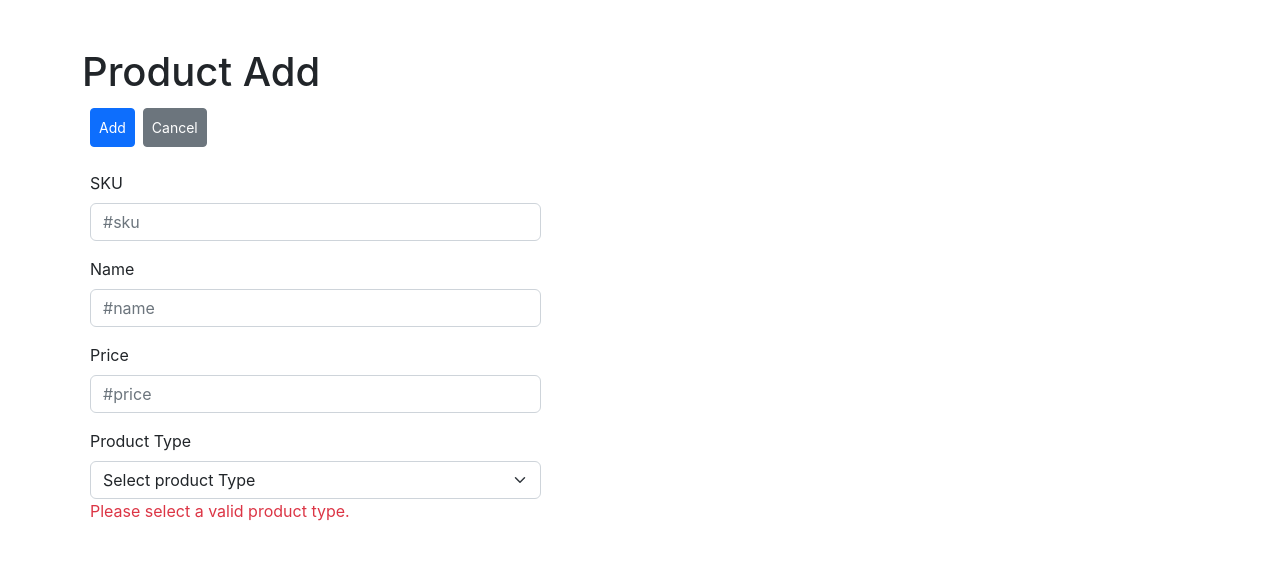
Repository: MagdyAbouelnasr/scandiweb_project
Page: /addproduct
These files come from the project's save history. The page is drawn as it stood at one moment and after the next save; the edit follows.
The browser window is 1280 px wide. The pictures show the whole page.
The project was rebuilt for these pictures with package versions that can differ from the ones it lists, and the page was loaded fresh each time. Also part of the build but not shown: src/App.css, src/components/Product/Product-style.scss, src/components/Product/Product.css, src/components/Pages/ProductList.jsx, src/components/ProductAdd/Book.component.jsx, src/components/ProductAdd/DVD.component.jsx, src/components/ProductAdd/Furniture.component.jsx, src/App.jsx.

Above is the page before, as saved 2023-05-09 01:20:46.

### public/index.html
<!DOCTYPE html>
<html lang="en">
  <head>
    <meta charset="utf-8" />
    <link rel="icon" href="%PUBLIC_URL%/favicon.ico" />
    <meta name="viewport" content="width=device-width, initial-scale=1" />
    <meta name="theme-color" content="#000000" />
    <meta
      name="description"
      content="Web site created using create-react-app"
    />
    <link rel="apple-touch-icon" href="%PUBLIC_URL%/logo192.png" />
    <!--
      manifest.json provides metadata used when your web app is installed on a
      user's mobile device or desktop. See https://developers.google.com/web/fundamentals/web-app-manifest/
    -->
    <link rel="manifest" href="%PUBLIC_URL%/manifest.json" />
    <!--
      Notice the use of %PUBLIC_URL% in the tags above.
      It will be replaced with the URL of the `public` folder during the build.
      Only files inside the `public` folder can be referenced from the HTML.

      Unlike "/favicon.ico" or "favicon.ico", "%PUBLIC_URL%/favicon.ico" will
      work correctly both with client-side routing and a non-root public URL.
      Learn how to configure a non-root public URL by running `npm run build`.
    -->
    <title>React App</title>
    <link
  rel="stylesheet"
  href="https://cdn.jsdelivr.net/npm/bootstrap@5.2.3/dist/css/bootstrap.min.css"
  integrity="sha384-rbsA2VBKQhggwzxH7pPCaAqO46MgnOM80zW1RWuH61DGLwZJEdK2Kadq2F9CUG65"
  crossorigin="anonymous"
/>
  </head>
  <body>
    <noscript>You need to enable JavaScript to run this app.</noscript>
    <div id="root"></div>
    <!--
      This HTML file is a template.
      If you open it directly in the browser, you will see an empty page.

      You can add webfonts, meta tags, or analytics to this file.
      The build step will place the bundled scripts into the <body> tag.

      To begin the development, run `npm start` or `yarn start`.
      To create a production bundle, use `npm run build` or `yarn build`.
    -->
  </body>
</html>

### src/index.js
import React from 'react';
import ReactDOM from 'react-dom/client';
import './index.scss';
import App from './App';
import {
  createBrowserRouter,
  RouterProvider,

} from "react-router-dom";
import ProductAdd from './components/Pages/ProductAdd';


const router = createBrowserRouter([
  {
    path: "/",
    element: <App />,
  },
  {
    path: "addproduct",
    element: <ProductAdd />,
  },
]);

const root = ReactDOM.createRoot(document.getElementById('root'));
root.render(
  <RouterProvider router={router} />
);

### src/index.scss
$background-default: #D5D5D5;


body {
  margin: 0;
  font-family: -apple-system, BlinkMacSystemFont, 'Segoe UI', 'Roboto', 'Oxygen',
    'Ubuntu', 'Cantarell', 'Fira Sans', 'Droid Sans', 'Helvetica Neue',
    sans-serif;
  -webkit-font-smoothing: antialiased;
  -moz-osx-font-smoothing: grayscale;
}

code {
  font-family: source-code-pro, Menlo, Monaco, Consolas, 'Courier New',
    monospace;
}

.fade-in {
  opacity: 0;
  transition: opacity 0.3s ease-in-out;
  &.fade-in-active {
    opacity: 1;
  }
}

### src/components/Pages/ProductAdd.jsx
// import { useNavigate } from 'react-router-dom';
// import { useState } from 'react';
// import Form from 'react-bootstrap/Form';
// import SelectProductType from '../ProductAdd/Selectcmp';
// import Button from 'react-bootstrap/Button';
// import axios from 'axios';

// function ProductAdd() {
//   const navigate = useNavigate();

//   const  [inputs , setInputs] = useState({});

//   const handleChange = (e) => {
//     const name = e.target.name;
//     const value = e.target.value;
//     setInputs(values => ({values, [name]: value}))
//   }
//   const handleSubmit = (e) => {
//     e.preventDefault();
//     axios.post('http://localhost:8000/addproduct', inputs).then((response)=>{
//       console.log(response.data);
//       navigate('/');
//     });

//     // console.log(inputs)
//   }



//   return (
//     <Form id="product_form" onSubmit={handleSubmit}>
//     <div className="container mt-5">
//       <div className="row">
//       <h1 className="page-header text-header col-md-8 text-start ">Product Add</h1>
//       <div className='col-4 float-end'>
//         <Button  type="submit" className='p-2 ms-2' variant="primary" size="sm">
//           Add
//         </Button>
//         <Button onClick={()=> navigate(-1)}  className='p-2 ms-2' variant="secondary" size="sm">
//           Cancel
//         </Button>
//       </div>
//       </div>
//     <br/>
//     <div className="row">

//     <div className="col-md-5 mx-2">
//       <Form.Group className="mb-3 mx-left" id="productInputSKU">
//         <Form.Label>SKU</Form.Label>
//         <Form.Control type="text" name="sku" placeholder="#sku" onChange={handleChange} />
//       </Form.Group>
//       <Form.Group className="mb-3" id="productInputName">
//         <Form.Label>Name</Form.Label>
//         <Form.Control type="text" name="name" placeholder="#name" onChange={handleChange} />
//       </Form.Group>
//       <Form.Group className="mb-3" id="productInputPrice">
//         <Form.Label>Price</Form.Label>
//         <Form.Control type="number" name="price" placeholder="#price" onChange={handleChange} />
//       </Form.Group>
//       <Form.Group className="mb-3" id="ProductType">
//       <Form.Label>Product Type</Form.Label>
//         <SelectProductType/>
//       </Form.Group>
//     </div>
//     </div>
//     </div>
//     </Form>
//   );
// }

// export default ProductAdd;
import { useNavigate } from 'react-router-dom';
import { useState } from 'react';
import Form from 'react-bootstrap/Form';
import SelectProductType from '../ProductAdd/Selectcmp';
import Button from 'react-bootstrap/Button';
import axios from 'axios';

function ProductAdd() {
  const navigate = useNavigate();

  const [inputs, setInputs] = useState({});
  const [errors, setErrors] = useState({});

  const handleChange = (e) => {
    console.log(e.target.value);
    console.log(e.target.name);
    const name = e.target.name;
    const value = e.target.value;

    setInputs((values) => ({ ...values, [name]: value }));
    validate()
    };

    // const handleRecievedData = (e) =>{
    //   const name = e.target.name;
    //   const value = e.target.value;
    //   setInputs((values) => ({ ...values, [name]: value }));
    //   console.log(e.name, e.value);
    // }

  // Form validation function
  const validate = () => {
    let newErrors = {};
    if (!inputs.sku) newErrors.sku = 'SKU is required';
    if (inputs.sku && inputs.sku.length > 9) newErrors.sku = 'SKU must be at most 9 characters';
    if (!inputs.name) newErrors.name = 'Name is required';
    if (inputs.price === undefined || inputs.price === '') newErrors.price = 'Price is required';
    if (inputs.price < 0) newErrors.price = 'Price cannot be negative';
    if (!inputs.product_attribute_value) newErrors.ProductType = 'please select a ProductType and provide a value';
    setErrors(newErrors);
    return Object.keys(newErrors).length === 0;
  };

  const handleSubmit = (e) => {
    e.preventDefault();
    if (validate()) {
      axios.post('http://localhost:8000/addproduct', inputs).then((response) => {
        console.log(response.data);
        navigate('/');
      });
    }
  };

  return (
    <Form id="product_form" onSubmit={handleSubmit}>
      <div className="container  mt-5">
        <div className="row gap-1">
          <h1 className="page-header text-header col-md-8 text-start ">Product Add</h1>
          <div className="col-4 float-end ">
            <Button type="submit" className="p-2 ms-2" variant="primary" size="sm">
              Add
            </Button>
            <Button
              onClick={() => navigate(-1)}
              className="p-2 ms-2"
              variant="secondary"
              size="sm"
            >
              Cancel
            </Button>
          </div>
        </div>
        <br />
        <div className="row">
          <div className="col-md-5 mx-2">
            <Form.Group className="mb-3 mx-left" id="productInputSKU">
              <Form.Label>SKU</Form.Label>
              <Form.Control
                type="text"
                name="sku"
                maxLength="9"
                placeholder="#sku"
                onChange={handleChange}
                required
              />
              {errors.sku && <Form.Text className="text-danger">{errors.sku}</Form.Text>}
            </Form.Group>
            <Form.Group className="mb-3" id="productInputName">
              <Form.Label>Name</Form.Label>
              <Form.Control
                type="text"
                name="name"
                placeholder="#name"
                onChange={handleChange}
                required
              />
              {errors.name && <Form.Text className="text-danger">{errors.name}</Form.Text>}
            </Form.Group>
            <Form.Group className="mb-3" id="productInputPrice">
              <Form.Label>Price</Form.Label>
              <Form.Control
                type="number"
                name="price"
                step="0.01"
                min="0"
                placeholder="#price"
                onChange={handleChange}
                required
              />
              {errors.price && <Form.Text className="text-danger">{errors.price}</Form.Text>}
            </Form.Group>
            <Form.Group className="mb-3" id="ProductType">
              <Form.Label>Product Type</Form.Label>
              <SelectProductType onChange={handleChange}
                required
                name="ProductType"/>
              {errors.ProductType && <Form.Text className="text-danger">{errors.ProductType}</Form.Text>}

            </Form.Group >
          </div>
        </div>
      </div>
    </Form>
  );
}

export default ProductAdd;

### src/components/ProductAdd/Selectcmp.jsx
import React, { useState, useEffect } from "react";
import Form from "react-bootstrap/Form";
import BookComponent from "./Book.component";
import DVDComponent from "./DVD.component";
import FurnitureComponent from "./Furniture.component";

const SelectProductType = (props) => {


  const [type, setType] = useState("selectProductType");
  const [DVDVisible, setDVDVisibility] = useState(false);
  const [bookVisible, setBookVisibility] = useState(false);
  const [FurnitureVisible, setFurnitureVisibility] = useState(false);
  const [isValid, setIsValid] = useState(false);

  const getData = (e) => {
    props.onChange(e);
  };

  useEffect(() => {
    if (["DVD", "Book", "Furniture"].includes(type)) {
      setIsValid(true);
    } else {
      setIsValid(false);
    }
    setDVDVisibility(type === "DVD");
    setBookVisibility(type === "Book");
    setFurnitureVisibility(type === "Furniture");
  }, [type]);

  const handleOnChange = (e) => {
    setType(e.target.value);
    props.onChange(e);
  };

  const [weightData, setWeightData] = useState({});

  const handleWeightChange = (data) => {
    // setWeightData(data);
    // console.log(weightData, 'weight data');
    getData(data);
  };

  return (
    <>
      <Form.Group className="mb-3" id="productInputName">
        <Form.Select
          aria-label="select product type"
          value={type}
          onChange={handleOnChange}
          required
          name="product_type"
        >
          <option value="selectProductType">Select product Type</option>
          <option value="DVD">DVD</option>
          <option value="Book">Book</option>
          <option value="Furniture">Furniture</option>
        </Form.Select>
        {!isValid && (
          <p className="text-danger">
            Please select a valid product type.
          </p>
        )}
        <div>
          {bookVisible && <BookComponent onWeightChange={handleWeightChange} onChange={getData}/>}
          {DVDVisible && <DVDComponent />}
          {FurnitureVisible && <FurnitureComponent />}
        </div>
      </Form.Group>
    </>
  );
};

export default SelectProductType;

### src/components/Product/Product.jsx
import './Product-style.scss';
import './Product.css';
import * as React from 'react';
import Box from '@mui/material/Box';
import Card from '@mui/material/Card';
import CardActions from '@mui/material/CardActions';
import CardContent from '@mui/material/CardContent';
import Typography from '@mui/material/Typography';
import IconButton from '@mui/material/IconButton';
import CropSquareIcon from '@mui/icons-material/CropSquare';
import { useState } from 'react';


const bull = (
  <Box
  component="span"
  sx={{ display: 'inline-block', mx: '2px', transform: 'scale(0.8)' }}
  >
    •
  </Box>
);


const ProductCard = ({ id, sku, name, price, product_attribute, typeValue, selectedProducts }) => {
  const selectedProduct = () => {
    selectedProducts(id)
   }
  return (
    <>
      <CardContent>
        <CardActions>
          <IconButton aria-label="select to delete" className="delete-checkbox" onClick={selectedProduct}>
            <CropSquareIcon />
          </IconButton>
        </CardActions>
        <Typography sx={{ fontSize: 14 }} color="text.secondary" gutterBottom>
          SKU: {sku}
        </Typography>
        {bull}
        <Typography wrap="true" sx={{}} variant="h5" component="div" >
          {name}
        </Typography>
        {bull}
        <Typography sx={{ mb: 1.5 }} color="text.secondary">
          Price: {price}$
        </Typography>
        {bull}
        <Typography variant="body2">
          {product_attribute}: {typeValue} {console.log(product_attribute)}
        </Typography>
      </CardContent>
    </>
  );
};

const Product = ({ product , selectedProducts}) => {

  const selectedProductsDelete = (data) => {
    selectedProducts(data);
  }
// console.log(selectedProducts);
  return (
    <Box sx={{m:2, minWidth: 270, maxWidth: 270 }}>
      <Card variant="outlined">
        <ProductCard selectedProducts={selectedProductsDelete} id={product.id} sku={product.sku} name={product.name} price={product.price} product_attribute={product.product_attribute} typeValue={product.product_attribute_value} />
      </Card>
    </Box>
  );
};

export default Product;

After the next save:
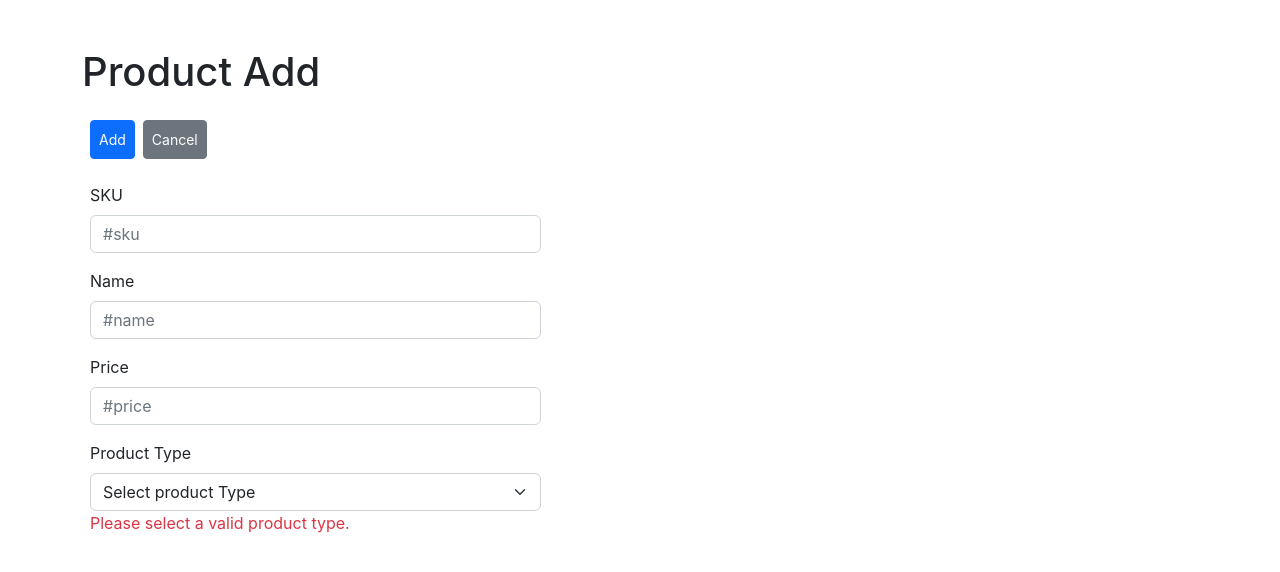
Saved 6 s later.
--- a/src/components/Pages/ProductAdd.jsx
+++ b/src/components/Pages/ProductAdd.jsx
@@ -125,7 +125,7 @@ function ProductAdd() {
   return (
     <Form id="product_form" onSubmit={handleSubmit}>
       <div className="container  mt-5">
-        <div className="row gap-1">
+        <div className="row gap-3">
           <h1 className="page-header text-header col-md-8 text-start ">Product Add</h1>
           <div className="col-4 float-end ">
             <Button type="submit" className="p-2 ms-2" variant="primary" size="sm">
